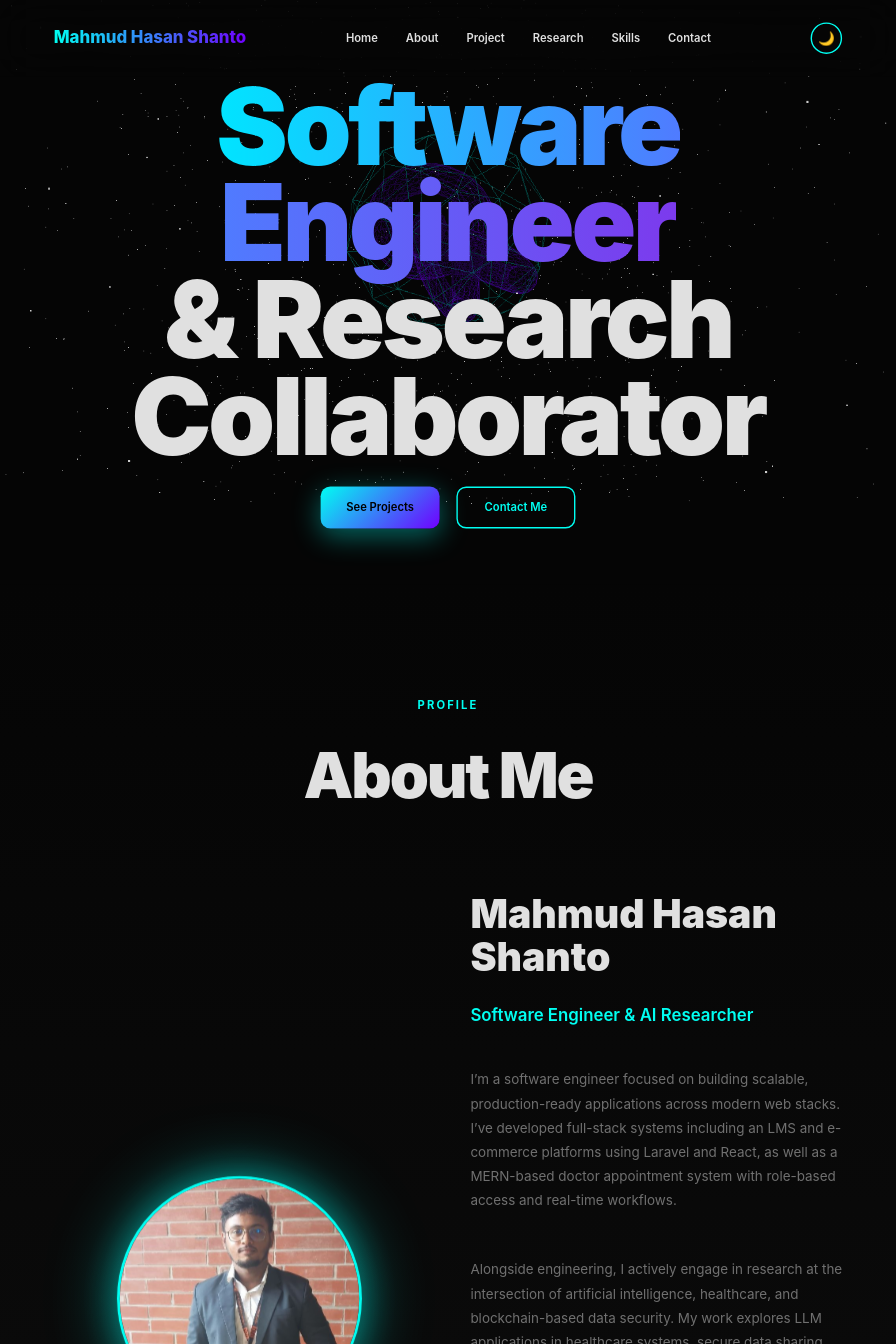
Repository: CoderShanto/Portfolio-Website
Page: index.html
An editor plug-in stored every save of this project. The page is shown before and after the next save, followed by the edit.
The browser window is 1280 px wide. The pictures show the part of the page from y = 0 to 1920 px (the page is 8682 px tall before and 9843 px after), at 70% of full size.

Above is the page before, as saved 2026-03-31 03:23:50.

After the next save:
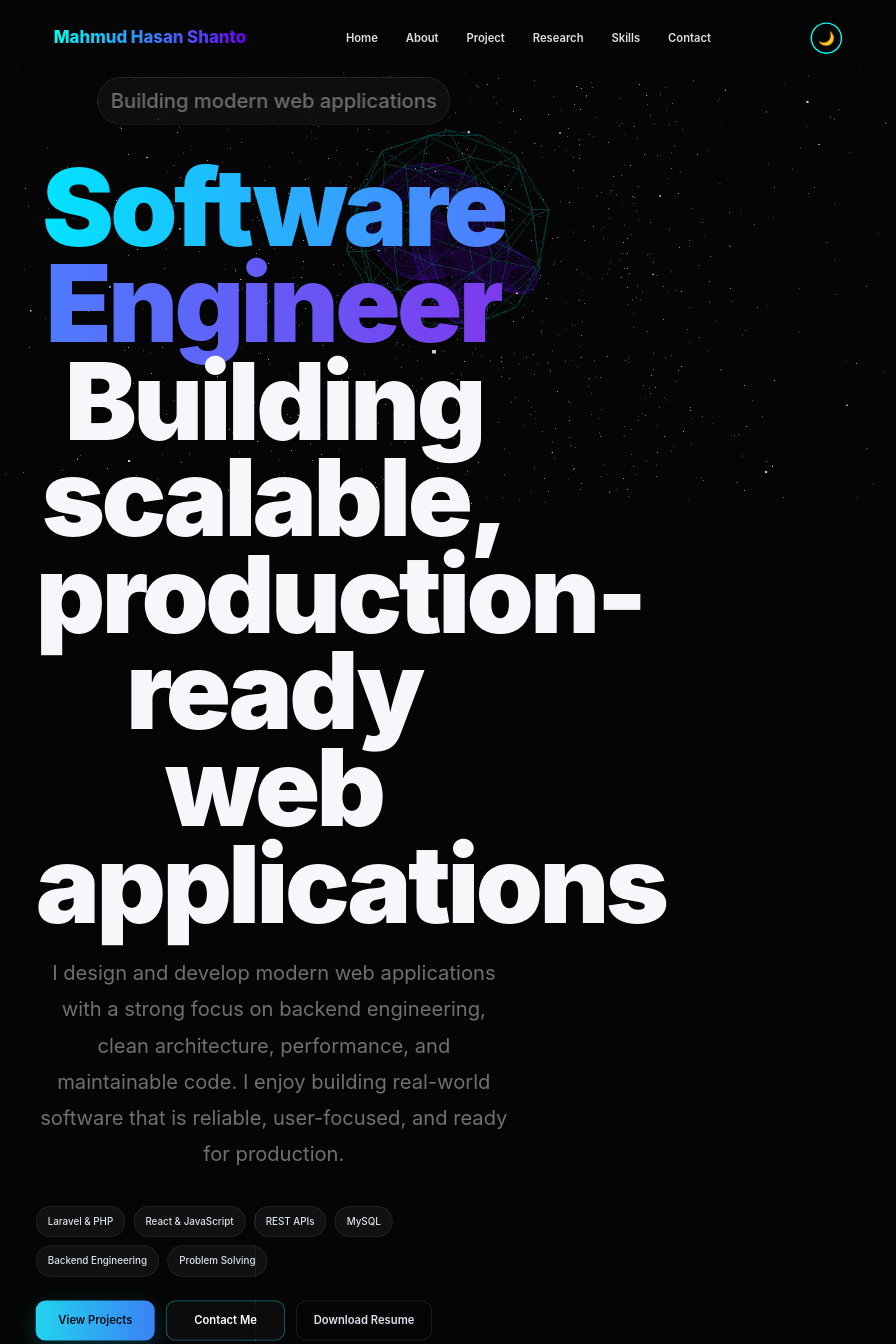
Saved 3 min 27 s later.
--- a/index.html
+++ b/index.html
@@ -24,20 +24,49 @@
         <button class="theme-toggle" onclick="switchTheme()">🌙</button>
     </nav>
 
-    <section class="hero" id="home">
-        <div class="hero-content">
-            <h1>
+<section class="hero" id="home">
+    <div class="hero-container">
+        <div class="hero-left">
+            <p class="hero-badge">Building modern web applications</p>
+
+            <h1 class="hero-title">
                 <span class="gradient-text">Software Engineer</span><br>
-                & Research Collaborator<br>
-
+                Building scalable, production-ready web applications
             </h1>
 
-            <div class="cta-group">
-                <a href="#work" class="btn btn-main">See Projects</a>
-                <a href="#contact" class="btn btn-ghost">Contact Me</a>
-            </div>
-        </div>
-    </section>
+            <p class="hero-description">
+                I design and develop modern web applications with a strong focus on backend engineering,
+                clean architecture, performance, and maintainable code. I enjoy building real-world
+                software that is reliable, user-focused, and ready for production.
+            </p>
+
+            <div class="hero-tags">
+                <span>Laravel & PHP</span>
+                <span>React & JavaScript</span>
+                <span>REST APIs</span>
+                <span>MySQL</span>
+                <span>Backend Engineering</span>
+                <span>Problem Solving</span>
+            </div>
+
+            <div class="hero-buttons">
+                <a href="#projects" class="btn btn-primary">View Projects</a>
+                <a href="#contact" class="btn btn-secondary">Contact Me</a>
+                <a href="./mahmud-hasan-shanto-cv.pdf" class="btn btn-outline" download="Mahmud_Hasan_Shanto_CV.pdf">
+                    Download Resume
+                </a>
+            </div>
+        </div>
+
+        <div class="hero-right">
+            <!-- your 3D object / canvas / image here -->
+            <div class="hero-visual">
+                <!-- example -->
+                <canvas id="heroCanvas"></canvas>
+            </div>
+        </div>
+    </div>
+</section>
 
     <section id="about">
         <div class="section-top reveal">
